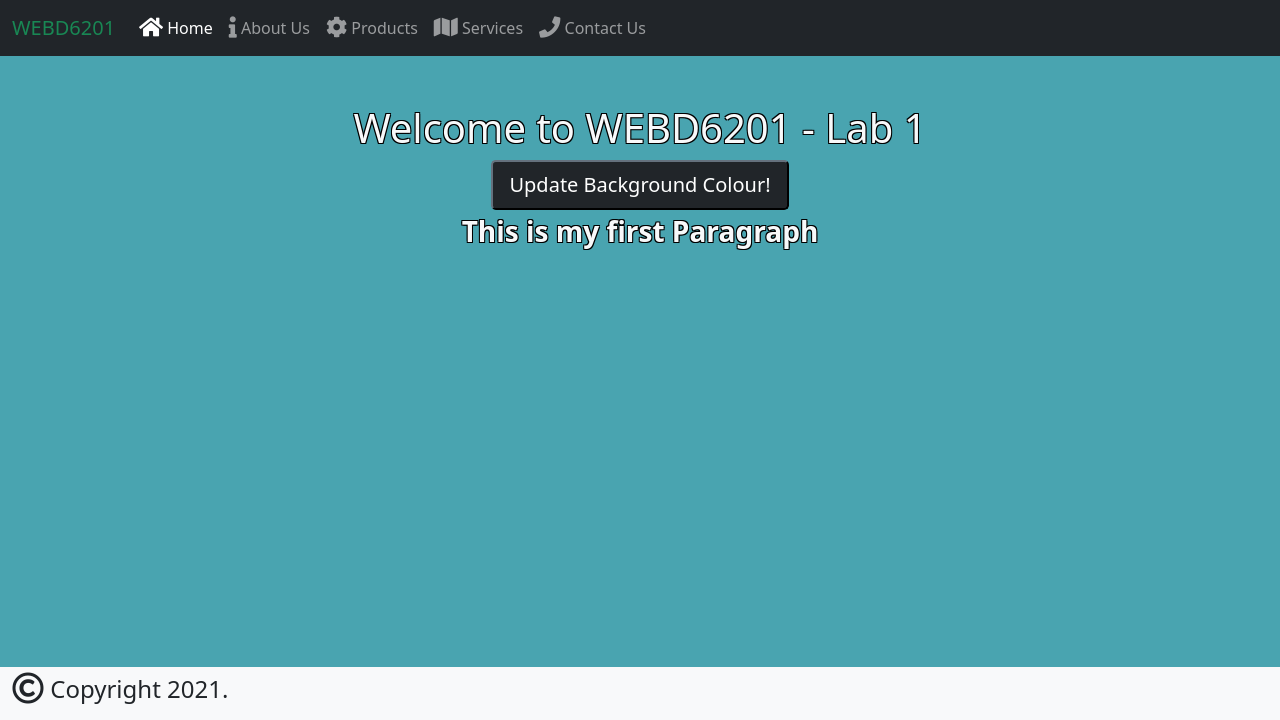
Repository: alto4/Lab-2-Nick-Scott-WEBD6201
Page: index.html
These files come from the project's save history. The page is drawn as it stood at one moment and after the next save; the edit follows.
The browser window is 1280 px wide. The pictures show the whole page.

Above is the page before, as saved 2021-01-31 14:00:36.

After the next save:
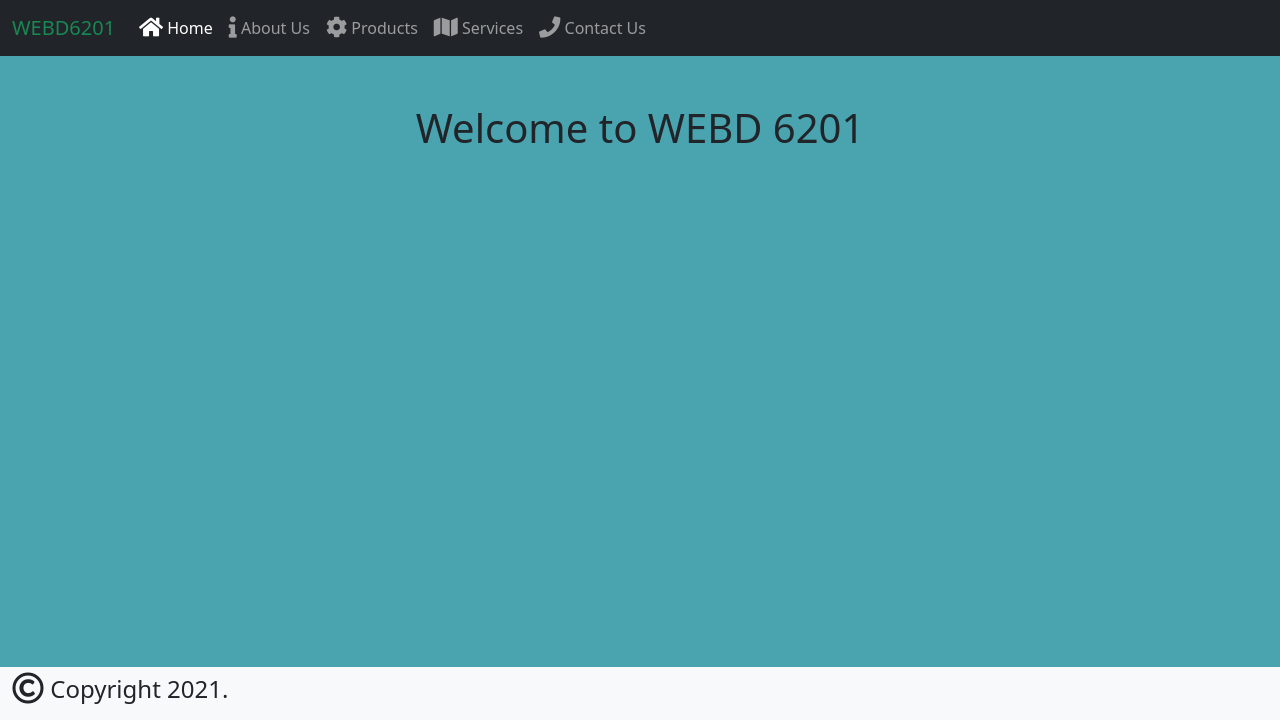
Console error: TypeError: Cannot set properties of undefined (setting 'background')
Saved 4 s later.
--- a/Scripts/app.js
+++ b/Scripts/app.js
@@ -29,7 +29,7 @@
 
       }
       document.body.style.backgroundColor = "#49A4B0";
-      //document.getElementsByTagName("body").style.background = "url(../Assets/finn.png)";
+      document.getElementsByTagName("body").style.background = "url(../Assets/finn.png)";
 
         let paragraphOneText =
           "This is a simple site to demonstrate DOM Manipulation for ICE 1";

After the save that followed:
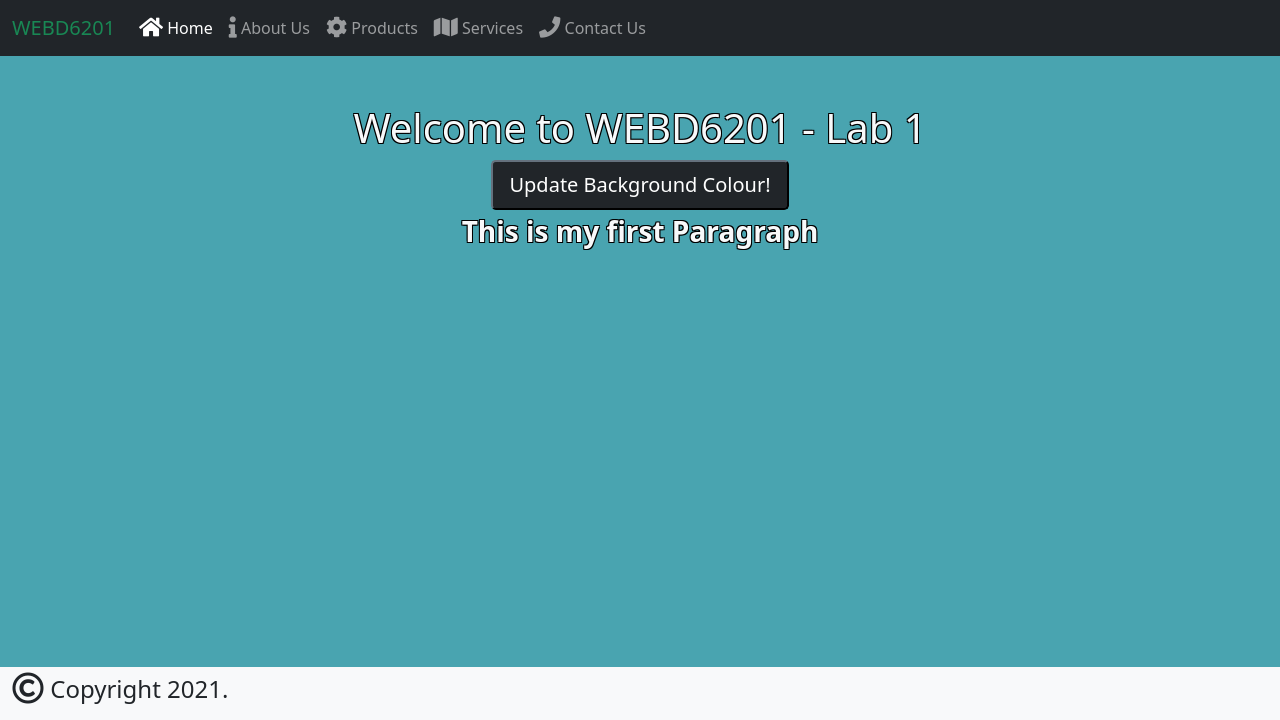
The error is gone.
Saved 11 s later.
--- a/Scripts/app.js
+++ b/Scripts/app.js
@@ -29,7 +29,7 @@
 
       }
       document.body.style.backgroundColor = "#49A4B0";
-      document.getElementsByTagName("body").style.background = "url(../Assets/finn.png)";
+      //document.getElementsByTagName("body").style.background = "url(../Assets/finn.png)";
 
         let paragraphOneText =
           "This is a simple site to demonstrate DOM Manipulation for ICE 1";
